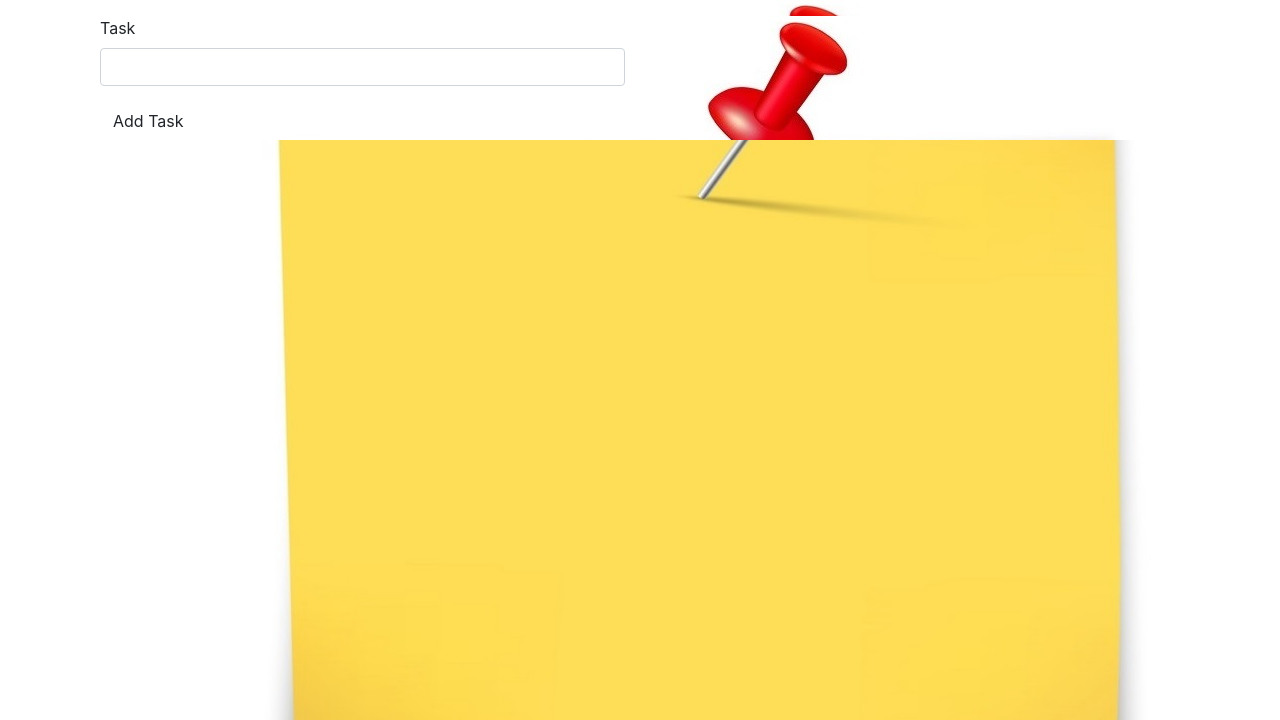
Repository: walaaElbasha/Todo-list-laravel
Page: http://localhost/tasks
The author's editor kept a copy of each file at every save. The page is drawn from the files as they stood at one save, then again after the next save.
The browser window is 1280 px wide. The pictures show the whole page.
The page is served by the project's Laravel application, run on PHP 8.4 with Laravel 8. Style sheets and scripts are compiled from the project's sources, by tool versions that may differ from the author's. Queries for data that is not in the repository find no rows.

Above is the page before, as saved 2021-07-01 13:12:05.

After the next save:
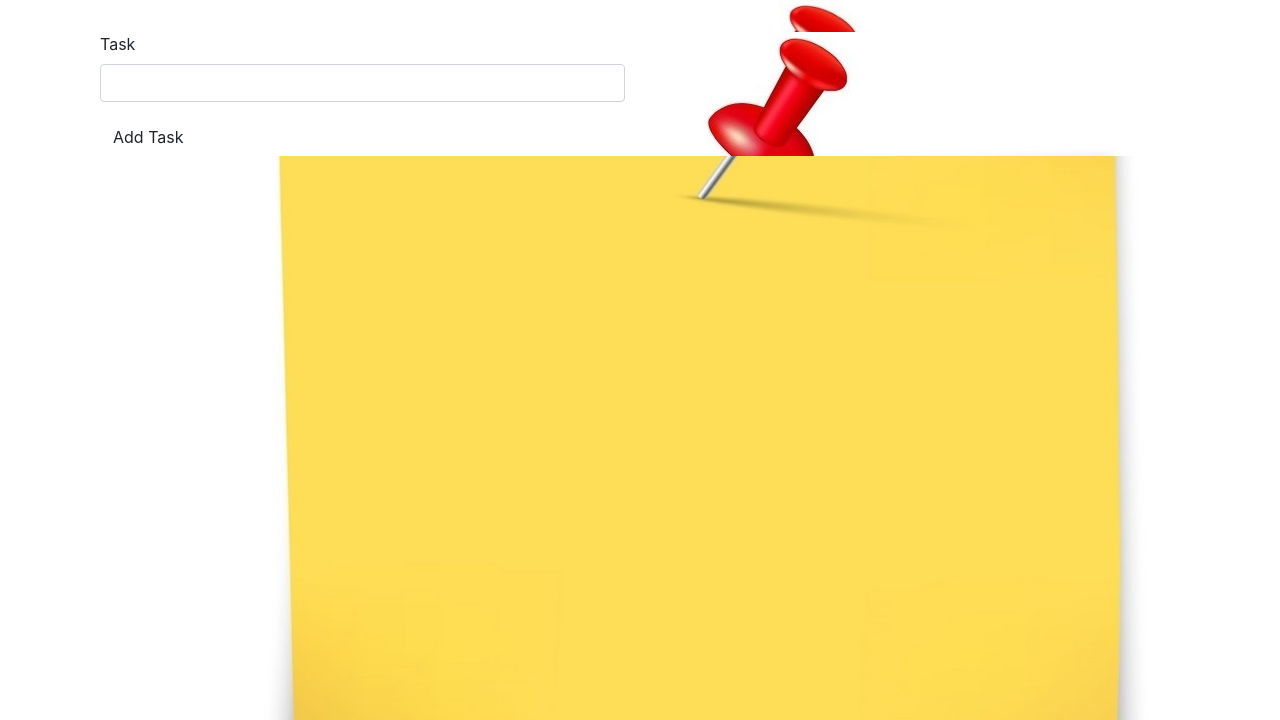
Saved 5 min 52 s later.
--- a/resources/views/tasks/index.blade.php
+++ b/resources/views/tasks/index.blade.php
@@ -7,12 +7,14 @@
 
     <div class="container">
         <!-- Display Validation Errors -->
+<ul>
+        @foreach($allTasks as $task)
 
-        @foreach($allTasks as $task)
-        <tr>
-            <th scope=" row">{{ $task->name}}</th>
+      <li>
+            <div scope=" row">
+            {{ $task->name}}
 
-            <td>
+
 
                 <a href="{{ route('tasks.edit',['task' => $task['id']]) }}" class="btn btn-secondary" style="margin-bottom: 20px;">Edit</a>
 
@@ -21,11 +23,11 @@
                     @method('DELETE')
                     <button onclick="return confirm('Are you sure?')" class="btn btn-danger" type="submit" style="margin-bottom: 20px;">Delete</button>
                 </form>
-            </td>
-        </tr>
+
         <br>
-
+</li>
         @endforeach
+        </ul>
         <!-- New Task Form -->
         <form action="{{ route('tasks.store') }}" method="POST" class="form-horizontal">
             @csrf
